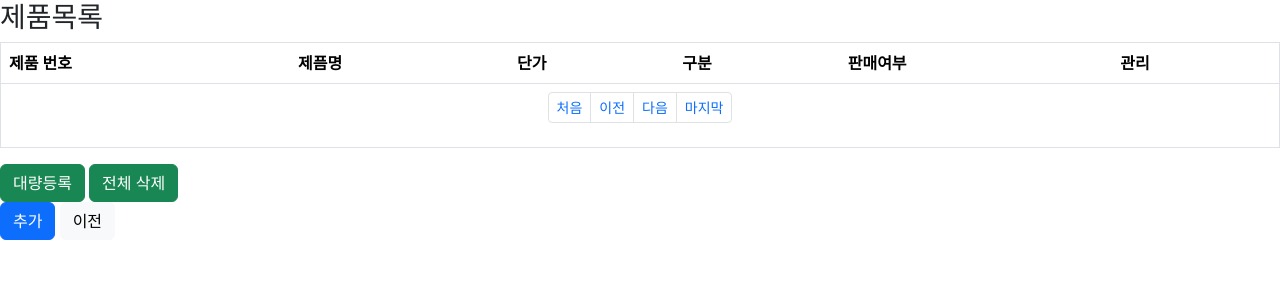
Repository: Hongsomang/spring2
Page: http://localhost/StarCafe/WEB-INF/views/product/list.jsp
These files come from the project's save history. The page is drawn as it stood at one moment and after the next save; the edit follows.
The browser window is 1280 px wide. The pictures show the whole page.
The page is served by Tomcat 9. Nobody is signed in. The template is opened directly, without the code that normally fills it, so the values that code supplies are empty.

Above is the page before, as saved 2023-03-09 01:42:15.

After the next save:
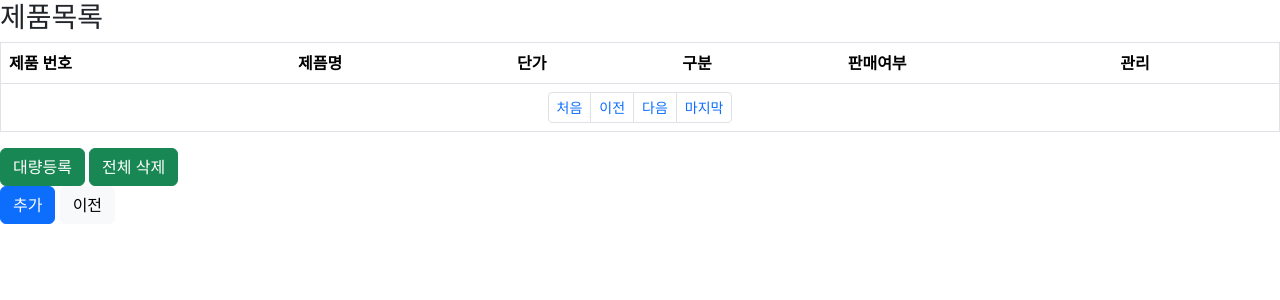
Saved 49 s later.
--- a/StarCafe/src/main/webapp/WEB-INF/views/product/list.jsp
+++ b/StarCafe/src/main/webapp/WEB-INF/views/product/list.jsp
@@ -48,7 +48,7 @@
 				<tfoot>
 					<tr>
 						<td colspan="6">
-							<ol style="magin:0" class="pagination pagination-sm justify-content-center">
+							<ol style="margin:0" class="pagination pagination-sm justify-content-center">
 							<li class="page-item"><a class="page-link" href="?page=1"> 처음</a></li>
 								<li class="page-item" ><a class="page-link" href="?page=${pager.prev}"> 이전</a></li>
 								<c:forEach items="${pager.list }" var="page">
